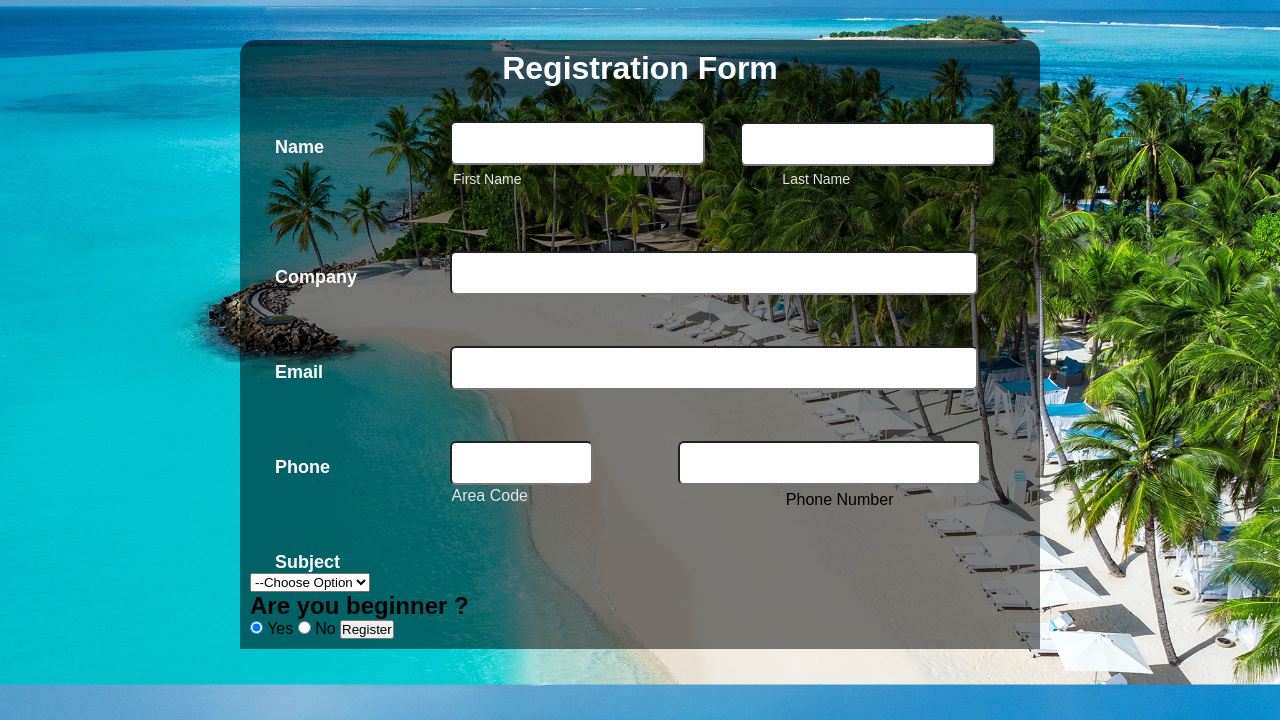
Repository: sudeepa88/Registration-Form
Page: registration.html
The author's editor kept a copy of each file at every save. The page is drawn from the files as they stood at one save, then again after the next save.
The browser window is 1280 px wide. The pictures show the whole page.

Above is the page before, as saved 2022-01-11 23:39:02.

### registration.html
<!DOCTYPE html>
<html lang="en">
<head>
    <meta charset="UTF-8">
    <meta http-equiv="X-UA-Compatible" content="IE=edge">
    <meta name="viewport" content="width=device-width, initial-scale=1.0">
    <title>Document</title>
    <style type="text/css">
        *{
            margin:0;
            padding:0;
        }
       body{
           background-image: url(img/beach.jpeg);
           background-position: center;
           background-size: cover;
           font-family: sans-serif;
           margin-top: 40px;
       }
       .regform{
           width: 800px;
           background-color: rgb(0,0,0,0.6);
           margin:auto;
           color: #FFFFFF;
           padding: 10px 0px 10px 0px;
           text-align:  center;
           border-radius: 15px 15px 0px 0px;

       }
    .main{
        background-color: rgb(0,0,0,0.5);
        width:800px;
        margin: auto;

    }
    form{
        padding:10px;

    }
   #name{
       width: 100%;
       height: 100px;
   }
   .name{
       margin-left: 25px;
       margin-top: 30px;
       width: 125px;
       color: #FFFFFF;
       font-size: 18px;
       font-weight: 700;
   }
   .firstname{
       position: relative;
       left:200px;
       top:-37px;
       line-height: 40px;
       border-radius: 6px;
       padding: 0 22px;
       font-size: 16px;
   }
   .lastname{
       position:relative;
       left:417px;
       top:-80px;
       line-height: 40px;
       border-radius: 6px;
       padding:0 22px;
       font-size:16px;
       color:#555;
   }
   .firstlabel{
       position: relative;
       color: #E5E5E5;
       text-transform: capitalize;
       font-size: 14px;
       left:203px;
       top: -45px;
   }
   .lastlabel{
    position: relative;
       color: #E5E5E5;
       text-transform: capitalize;
       font-size: 14px;
       left:200px;
       top: -45px;
   }
   .company{
       position: relative;
       left: 200px;
       top:-37px;
       line-height: 40px;
       width: 480px;
       border-radius: 6px;
       padding: 0 22px;
       font-size: 16px;
       color:#555;
   }
   .email{
    position: relative;
       left: 200px;
       top:-37px;
       line-height: 40px;
       width: 480px;
       border-radius: 6px;
       padding: 0 22px;
       font-size: 16px;
       color:#555;

   }
   .code{
    position: relative;
       left: 200px;
       top:-37px;
       line-height: 40px;
       width: 95px;
       border-radius: 6px;
       padding: 0 22px;
       font-size: 16px;
       color:#555;

   }
   .number{
    position: relative;
       left: 200px;
       top:-37px;
       line-height: 40px;
       width: 255px;
       border-radius: 6px;
       padding: 0 22px;
       font-size: 16px;
       color:#555;
   }
   .area-code{
       position: relative;
       color: #E5E5E5;
       text-transform: capitalize;
       font-size: 16px;
       left:54px;
       top:-4px;
   }
    </style>
</head>
<body>
    <div class="regform"><h1>Registration Form </h1></div>

    <div class="main">
        <form>
             <div id="name">
                 <h2 class="name">Name</h2>
                 <input class ="firstname" type="rext" name="first_name"><br>
                 <label class="firstlabel">first name</label>
                 <input class="lastname" type="text" name="last_name">
                 <label class="lastlabel">last name</label>


             </div>
             <h2 class="name">Company</h2>
             <input class="company" type="text" name="company">

             <h2 class="name">Email</h2>
             <input class="email" type="text" name="email">

             <h2 class="name">Phone</h2>
             <input class="code" type="text" name="area_code">
             <label class="area-code">Area Code </label>
             <input class="number" type="text" name="phone">
             <label class="phone-number">Phone Number</label>

             <h2 class="name">Subject</h2>
             <select class="option" name="subject">
                 <option disabled="disabled" selected="selected">--Choose Option</option>

                 <option>Subject 1</option>
                 <option>Subject 2</option>
                 <option>Subject 3</option>
                 <option>Subject 4</option>
             </select>
             <h2 id="student">Are you beginner ? </h2>
             <label class="radio">
                 <input class="radio-one" type="radio" checked="checked" name="">
                 <span class="checkmark"></span>
                 Yes
             </label>


             <label class="radio">
                <input class="radio-two" type="radio"  name="">
                <span class="checkmark"></span>
                No
            </label>

            <button type="submit">Register</button>
        </form>
    </div>
</body>
</html>

After the next save:
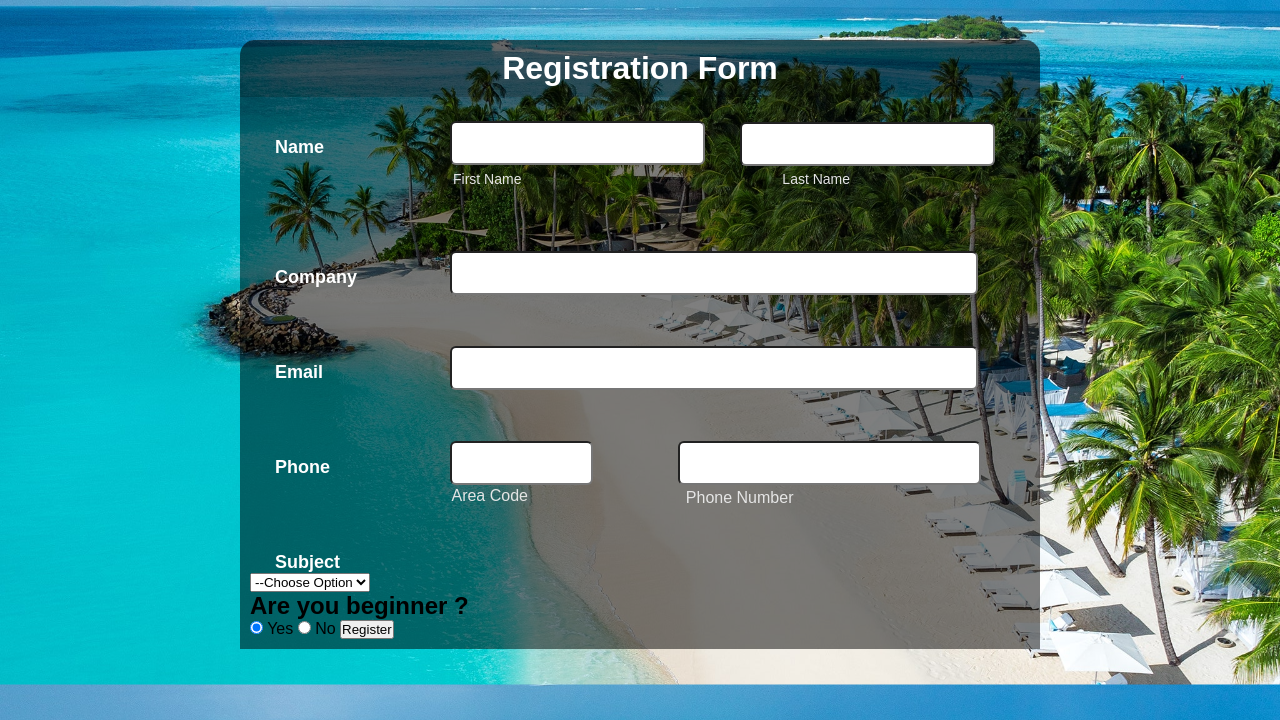
Saved 2 min 22 s later.
--- a/registration.html
+++ b/registration.html
@@ -138,6 +138,14 @@
        left:54px;
        top:-4px;
    }
+   .phone-number{
+    position: relative;
+       color: #E5E5E5;
+       text-transform: capitalize;
+       font-size: 16px;
+       left:-100px;
+       top:-2px;
+   }
     </style>
 </head>
 <body>
